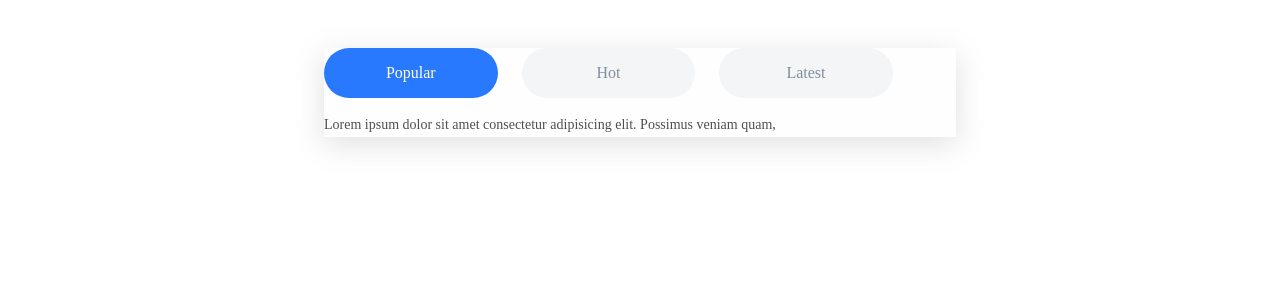
Repository: tungts3qb/Javascript
Page: tab.html
The author's editor kept a copy of each file at every save. The page is drawn from the files as they stood at one save, then again after the next save.
The browser window is 1280 px wide. The pictures show the whole page.
After loading, the first visible `div.tab-item` was clicked once.

Above is the page before, as saved 2022-12-25 01:20:55.

### tab.html
<!DOCTYPE html>
<html lang="en">
  <head>
    <meta charset="UTF-8" />
    <meta http-equiv="X-UA-Compatible" content="IE=edge" />
    <meta name="viewport" content="width=device-width, initial-scale=1.0" />
    <link rel="stylesheet" href="style.css" />
    <title>Tab</title>
  </head>
  <body>
    <div class="tab">
      <div class="tab-list">
        <div class="tab-item active">Popular</div>
        <div class="tab-item">Hot</div>
        <div class="tab-item">Latest</div>
      </div>
      <div class="tab-wrapper">
        <div class="tab-content active">
          <h3 class="post-title">
            Lorem ipsum dolor sit amet consectetur adipisicing elit. Possimus
            veniam quam,
          </h3>
        </div>

        <div class="tab-content">
          <h3 class="post-title">
            Lorem ipsum dolor sit amet consectetur adipisicing elit. Earum
            nostrum ullam quam repudiandae est corrupti et vero at non alias!
          </h3>
        </div>

        <div class="tab-content">
          <h3 class="post-title">
            Lorem ipsum dolor sit amet consectetur adipisicing elit. Vero
            aspernatur dolore quibusdam et, vel pariatur dolores minima ipsa
            voluptas repellat rem, blanditiis corporis fugiat aut ullam debitis
            at sunt aliquid?
          </h3>
        </div>
      </div>
    </div>
    <script src="./tab.js"></script>
  </body>
</html>

### style.css
.button {
  padding: 20px;
  color: white;
  background-color: #ffa400;
  border: 0;
  margin: 50px auto;
  display: block;
  width: 300px;
  font-family: "Poppins", sans-serif;
}

.change {
  display: block;
  padding: 15px 40px;
  border-radius: 10px;
  border: 0;
  color: white;
  font-family: "Poppins", sans-serif;
  margin: 50px auto;
  background-color: #3d6ef7;
}

.menu {
  width: 300px;
  position: fixed;
  top: 0;
  right: 0;
  bottom: 0;
  box-shadow: rgba(100, 100, 111, 0.2) 0px 7px 29px 0px;
  list-style: none;
  transform: translateX(100%);
  transition: transform 0.25s linear;
  margin-top: 0;
  margin-bottom: 0;
}

.menu.is-show {
  transform: translateX(0%);
}

.menu-link {
  display: block;
  padding: 20px 15px;
  color: #333;
  border-bottom: 1px solid #eee;
}

.header {
  padding: 20px;
  display: flex;
  align-items: center;
  justify-content: flex-end;
}

.menu-toggle {
  cursor: pointer;
  font-size: 30px;
  position: relative;
  z-index: 9999;
}

.menu-item a {
  text-decoration: none;
}

/* ============ Tab.html ============= */

.tab {
  margin: 3rem auto;
  width: 50%;
  background-color: #fefefe;
  box-shadow: rgba(100, 100, 111, 0.2) 0px 7px 29px 0px;
}

.tab-list {
  display: flex;
  justify-content: space-between;

  width: 90%;
}

.tab-item {
  cursor: pointer;
  padding: 1rem 2rem;
  border-radius: 5rem;
  color: #818e9b;
  background-color: #f4f5f7;
  text-align: center;
  white-space: nowrap;
  font-weight: 500;
  margin: 0 auto;
  flex: 1;
}

.tab-item.active {
  color: white;
  background-color: #2979ff;
  pointer-events: none;
}

.tab-item:not(:first-child) {
  margin-left: 1.5rem;
}

.tab-content {
  display: none;
}

.tab-content.active {
  display: block;
}

.post {
  display: flex;
  align-items: center;
}

.post:not(:first-child) {
  margin-bottom: 2rem;
}

.post-title {
  color: #4e4f51;
  font-weight: 300;
  line-height: 1.8;
  font-size: 14px;
}

### tab.js
const tabItems = document.querySelectorAll(".tab-item");
[...tabItems].forEach((item) => item.addEventListener("click", handleTabClick));
function handleTabClick(event) {
  event.target.classList.add("active");
}

After the next save:
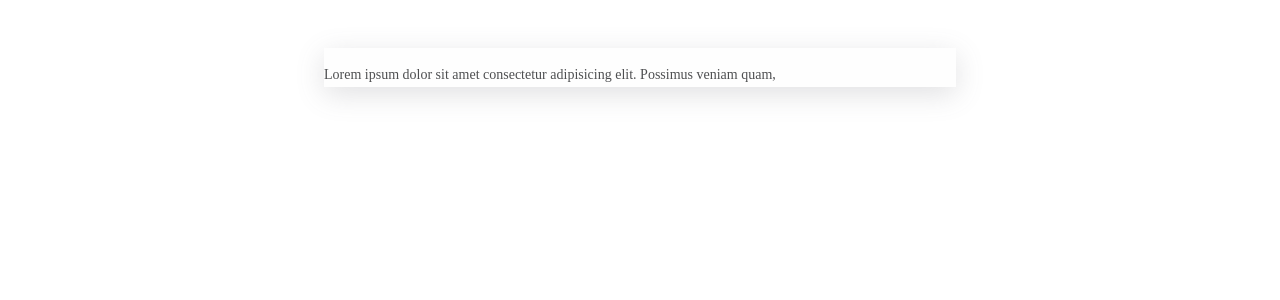
Saved 24 s later.
--- a/tab.js
+++ b/tab.js
@@ -1,5 +1,6 @@
 const tabItems = document.querySelectorAll(".tab-item");
 [...tabItems].forEach((item) => item.addEventListener("click", handleTabClick));
 function handleTabClick(event) {
+  [...tabItems].forEach((item) => item.remove("active"));
   event.target.classList.add("active");
 }

After the save that followed:
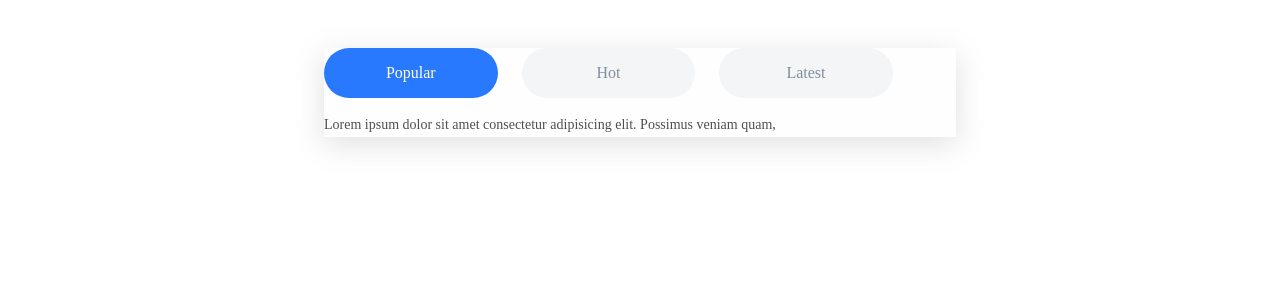
Saved 23 s later.
--- a/tab.js
+++ b/tab.js
@@ -1,6 +1,6 @@
 const tabItems = document.querySelectorAll(".tab-item");
 [...tabItems].forEach((item) => item.addEventListener("click", handleTabClick));
 function handleTabClick(event) {
-  [...tabItems].forEach((item) => item.remove("active"));
+  [...tabItems].forEach((item) => item.classList.remove("active"));
   event.target.classList.add("active");
 }
